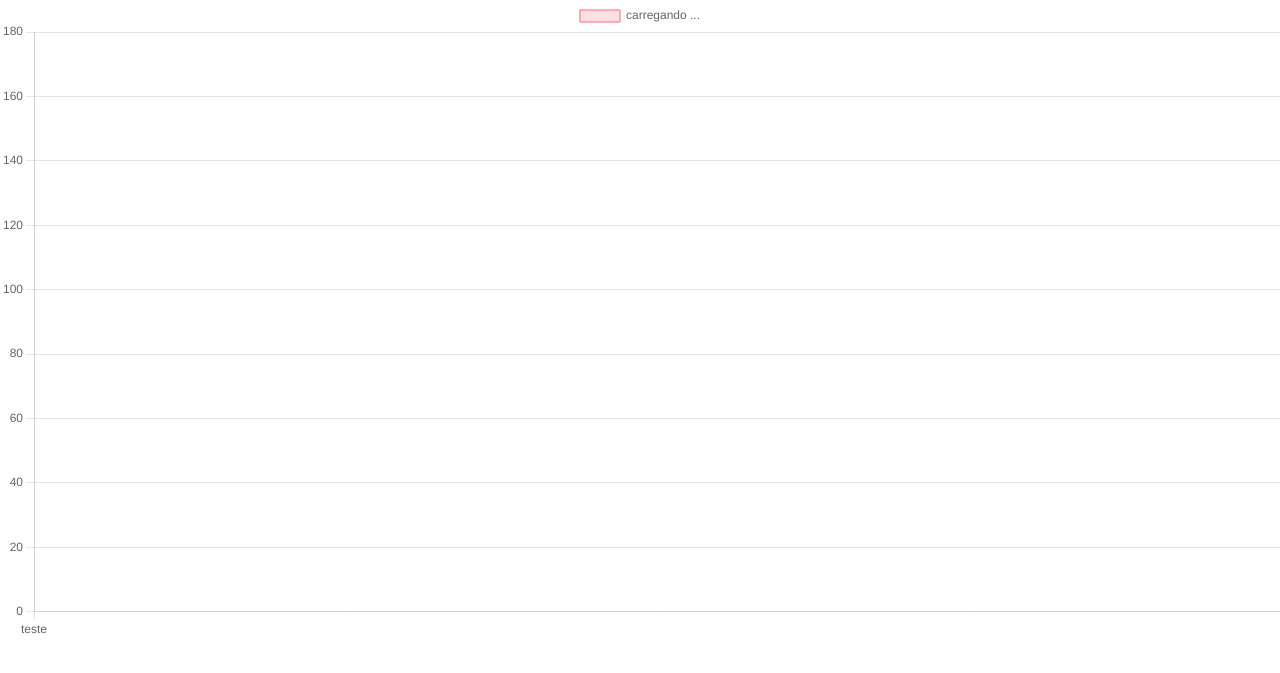
Repository: andre06x/chat-scoketio
Page: /chart (app in front/)
These files come from the project's save history. The page is drawn as it stood at one moment and after the next save; the edit follows.
The browser window is 1280 px wide. The pictures show the whole page.
Some web libraries are served in a nearby version. The project was rebuilt for these pictures with package versions that can differ from the ones it lists, and the page was loaded fresh each time. Also part of the build but not shown: front/vite.config.js, front/src/App.css, front/src/index.jsx, front/src/chat.jsx.

Above is the page before, as saved 2022-05-16 13:11:16.
Console error (its wording comes from the project's code and is left out).

### front/index.html
<!DOCTYPE html>
<html lang="en">
  <head>
    <meta charset="UTF-8" />
    <link rel="icon" type="image/svg+xml" href="/src/favicon.svg" />
    <meta name="viewport" content="width=device-width, initial-scale=1.0" />
    <link rel="stylesheet" href="https://cdn.jsdelivr.net/npm/bootstrap@4.6.1/dist/css/bootstrap.min.css" integrity="sha384-zCbKRCUGaJDkqS1kPbPd7TveP5iyJE0EjAuZQTgFLD2ylzuqKfdKlfG/eSrtxUkn" crossorigin="anonymous">
    <script src="https://cdnjs.cloudflare.com/ajax/libs/dayjs/1.10.6/dayjs.min.js" integrity="sha512-bwD3VD/j6ypSSnyjuaURidZksoVx3L1RPvTkleC48SbHCZsemT3VKMD39KknPnH728LLXVMTisESIBOAb5/W0Q==" crossorigin="anonymous" referrerpolicy="no-referrer"></script>
    <title>Vite App</title>
  </head>
  <body>
    <div id="root"></div>
    <script type="module" src="/src/main.jsx"></script>
  </body>
</html>

### front/src/App.jsx
import { useEffect, useState } from 'react'
import logo from './logo.svg'
import './App.css'
import { Rotas } from "./routes"


function App() {
  return (
    <Rotas/>
  )
}

export default App

### front/src/routes.jsx
import {
  BrowserRouter,
  Routes,
  Route,
} from "react-router-dom";
import React from 'react';

import { Home } from './index';
import { Chat } from './chat';
import {  Charts } from "./chart";

const Rotas = () => {
  return (
    <BrowserRouter>
      <Routes>
        <Route path="/" element={<Home />} />
        <Route path="chat/:sala/:user" element={<Chat />} />
        <Route path="chart" element={<Charts />} />
      </Routes>
    </BrowserRouter>
  )
}
export { Rotas }

### front/src/chart.jsx
import React, { useEffect } from 'react';

import {
  Chart,
  ArcElement,
  LineElement,
  BarElement,
  PointElement,
  BarController,
  BubbleController,
  DoughnutController,
  LineController,
  PieController,
  PolarAreaController,
  RadarController,
  ScatterController,
  CategoryScale,
  LinearScale,
  LogarithmicScale,
  RadialLinearScale,
  TimeScale,
  TimeSeriesScale,
  Decimation,
  Filler,
  Legend,
  Title,
  Tooltip,
  SubTitle
} from 'chart.js';

Chart.register(
  ArcElement,
  LineElement,
  BarElement,
  PointElement,
  BarController,
  BubbleController,
  DoughnutController,
  LineController,
  PieController,
  PolarAreaController,
  RadarController,
  ScatterController,
  CategoryScale,
  LinearScale,
  LogarithmicScale,
  RadialLinearScale,
  TimeScale,
  TimeSeriesScale,
  Decimation,
  Filler,
  Legend,
  Title,
  Tooltip,
  SubTitle
);


const Charts = () => {

  useEffect(() => {
    setTimeout(() => {
      const ctx = document.getElementById(`myChart`).getContext('2d');
      new Chart(ctx, {
        type: 'line',
        data: {
          labels: ['teste'],
          datasets: [{

            label: "carregando ...",
            data: [123, 180],
            pointRadius: 0,
            pointHitRadius: 0,

            backgroundColor: "rgba(255, 99, 132, 0.2)",
            borderColor: "rgba(255, 99, 132, 1)",
            borderWidth: 1,
            fill: true

          }]
        },
        options: {
          scales: {
            y: {
              beginAtZero: true
            },
            x: {
              display: true
            }
          },
          interaction: {
            mode: 'index',
            intersect: false
          },
        }

      });
    }, 1000)


  }, []);

  return (
    <div>

      <canvas id="myChart" ></canvas>
    </div>
  )
}

export { Charts }

Loaded but not shown: front/src/main.jsx (common file); front/src/index.css (common file)

After the next save:
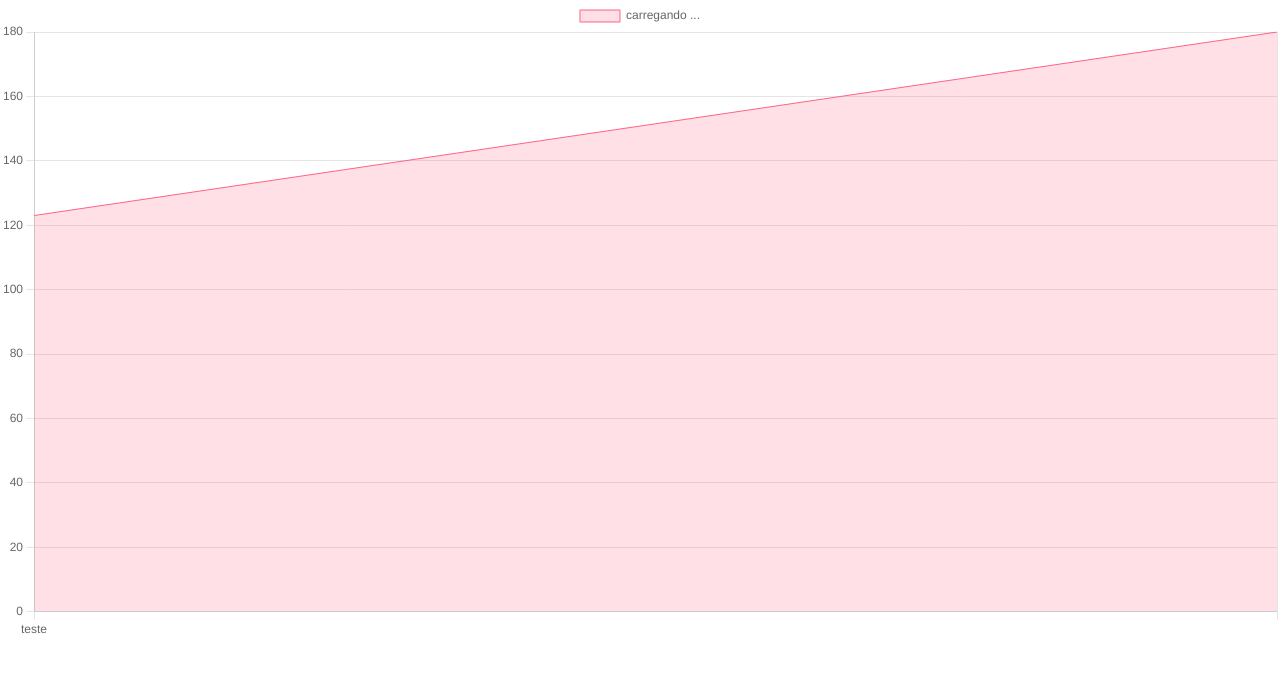
Saved 14 s later.
--- a/front/src/chart.jsx
+++ b/front/src/chart.jsx
@@ -64,7 +64,7 @@ const Charts = () => {
       new Chart(ctx, {
         type: 'line',
         data: {
-          labels: ['teste'],
+          labels: ['teste', ''],
           datasets: [{
 
             label: "carregando ...",
